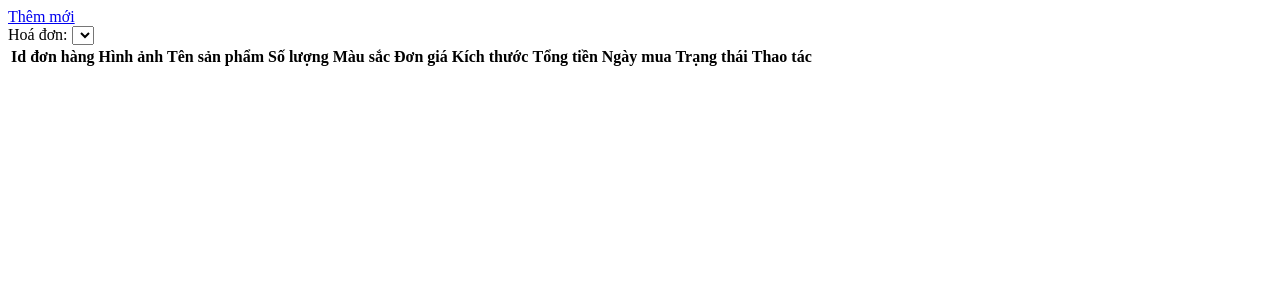
Repository: nvhct2002vn/Java4_asm.github.io
Page: http://localhost/HiennvPH13697_SOF3011_Assignment/views/admin/carts/index.jsp
The author's editor kept a copy of each file at every save. The page is drawn from the files as they stood at one save, then again after the next save.
The browser window is 1280 px wide. The pictures show the whole page.
The page is served by Tomcat 9. Other server files are loaded and not shown. The template is opened directly, without the code that normally fills it, so the values that code supplies are empty.

Above is the page before, as saved 2022-04-10 06:44:04.

### HiennvPH13697_SOF3011_Assignment/src/main/webapp/views/admin/carts/index.jsp
<%@ page language="java" contentType="text/html; charset=UTF-8"
	pageEncoding="UTF-8"%>
<%@taglib uri="http://java.sun.com/jstl/core_rt" prefix="c"%>
<%-- <c:if test="${ empty userLogin}"> --%>
<!-- 	<div class="text-center"> -->
<!-- 		<h4>Vui lòng đăng nhập!</h4> -->
<!-- 	</div> -->
<%-- </c:if> --%>
<%-- <c:if test="${ !empty userLogin}"> --%>
<%-- 	<c:if test="${ user.phanQuyen != 1 }"> --%>
<!-- 		<div class="text-center"> -->
<!-- 			<h4>Bạn không có quyền truy cập!</h4> -->
<!-- 		</div> -->
<%-- 	</c:if> --%>
<%-- </c:if> --%>
<%-- <c:if test="${userLogin.phanQuyen == 1}"> --%>

<%-- </c:if> --%>
<c:if test="${ !empty  sessionScope.message }">
	<div class="alert alert-success">${ sessionScope.message }</div>
	<c:remove var="message" scope="session" />
</c:if>

<c:if test="${ !empty  sessionScope.erro }">
	<div class="alert alert-danger">${ sessionScope.erro }</div>
	<c:remove var="erro" scope="session" />
</c:if>

<div class="table-responsive">
	<div class="text-center">
		<a class="btn btn-warning mt-2"
			href="/HiennvPH13697_SOF3011_Assignment/products/create">Thêm mới</a>
	</div>

	<div>
		<label class="form-lable">Hoá đơn:</label> <select name="cart"
			class="form-select">
			<c:forEach var="lstCart" items="${ lstCart }">
				<option value="${ lstCart.id }">${ lstCart.id }</option>
			</c:forEach>
		</select>
	</div>

	<table class="table">
		<tr>
			<th>Id đơn hàng</th>
			<th>Hình ảnh</th>
			<th>Tên sản phẩm</th>
			<th>Số lượng</th>
			<th>Màu sắc</th>
			<th>Đơn giá</th>
			<th>Kích thước</th>
			<th>Tổng tiền</th>
			<th>Ngày mua</th>
			<th>Trạng thái</th>
			<!-- 			<th>Người thêm</th> -->
			<th colspan="2">Thao tác</th>
		</tr>
		<c:forEach var="lstCartdt" items="${ lstCartdt }">
			<tr>
				<td>${ lstCartdt.cart.id }</td>
				<td><img alt="Product" style="max-height: 100px"
					src="/HiennvPH13697_SOF3011_Assignment/images/${ lstCartdt.product.img }"></td>
				<td>${ lstCartdt.product.category.ten}${ khoangTrang }${ lstCartdt.product.ten }</td>
				<td>${ lstCartdt.soLuong }</td>
				<td>${ lstCartdt.product.mauSac }</td>
				<td>${ lstCartdt.product.donGia }</td>
				<td>${ lstCartdt.product.kichThuoc }</td>
				<td>${ lstCartdt.cart.tongTien }</td>
				<td>${ lstCartdt.cart.ngayMua }</td>
				<td>${ lstCartdt.trangThai == 0?"Chưa thanh toán":"Đã thanh toán" }</td>
				<td><a class="btn btn-info"
					href="/HiennvPH13697_SOF3011_Assignment/products/edit?id=${ lstCartdt.id }">Xem</a></td>
				<td>
					<!-- Button trigger modal -->
					<button type="button" class="btn btn-danger" data-bs-toggle="modal"
						data-bs-target="#exampleModal${ lstCartdt.id }">Xóa</button> <!-- Modal -->
					<div class="modal fade" id="exampleModal${ lstCartdt.id }"
						tabindex="-1" aria-labelledby="exampleModalLabel"
						aria-hidden="true">
						<div class="modal-dialog">
							<div class="modal-content">
								<div class="modal-header">
									<h5 class="modal-title" id="exampleModalLabel">Xóa sản
										phẩm</h5>
									<button type="button" class="btn-close" data-bs-dismiss="modal"
										aria-label="Close"></button>
								</div>
								<div class="modal-body">Bạn chắc chắn muốn xóa sản phẩm
									này hay không ?</div>
								<div class="modal-footer">
									<button type="button" class="btn btn-secondary"
										data-bs-dismiss="modal">Close</button>
									<a class="btn btn-danger"
										href="/HiennvPH13697_SOF3011_Assignment/products/delete?id=${ lstCartdt.id }">Xóa</a>
								</div>
							</div>
						</div>
					</div>
				</td>
			</tr>
		</c:forEach>
	</table>
</div>

After the next save:
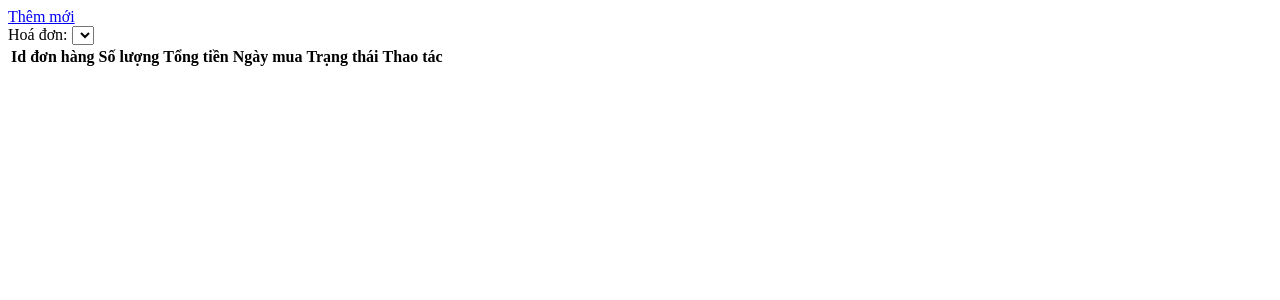
Saved 49 s later.
--- a/HiennvPH13697_SOF3011_Assignment/src/main/webapp/views/admin/carts/index.jsp
+++ b/HiennvPH13697_SOF3011_Assignment/src/main/webapp/views/admin/carts/index.jsp
@@ -44,12 +44,7 @@
 	<table class="table">
 		<tr>
 			<th>Id đơn hàng</th>
-			<th>Hình ảnh</th>
-			<th>Tên sản phẩm</th>
 			<th>Số lượng</th>
-			<th>Màu sắc</th>
-			<th>Đơn giá</th>
-			<th>Kích thước</th>
 			<th>Tổng tiền</th>
 			<th>Ngày mua</th>
 			<th>Trạng thái</th>
